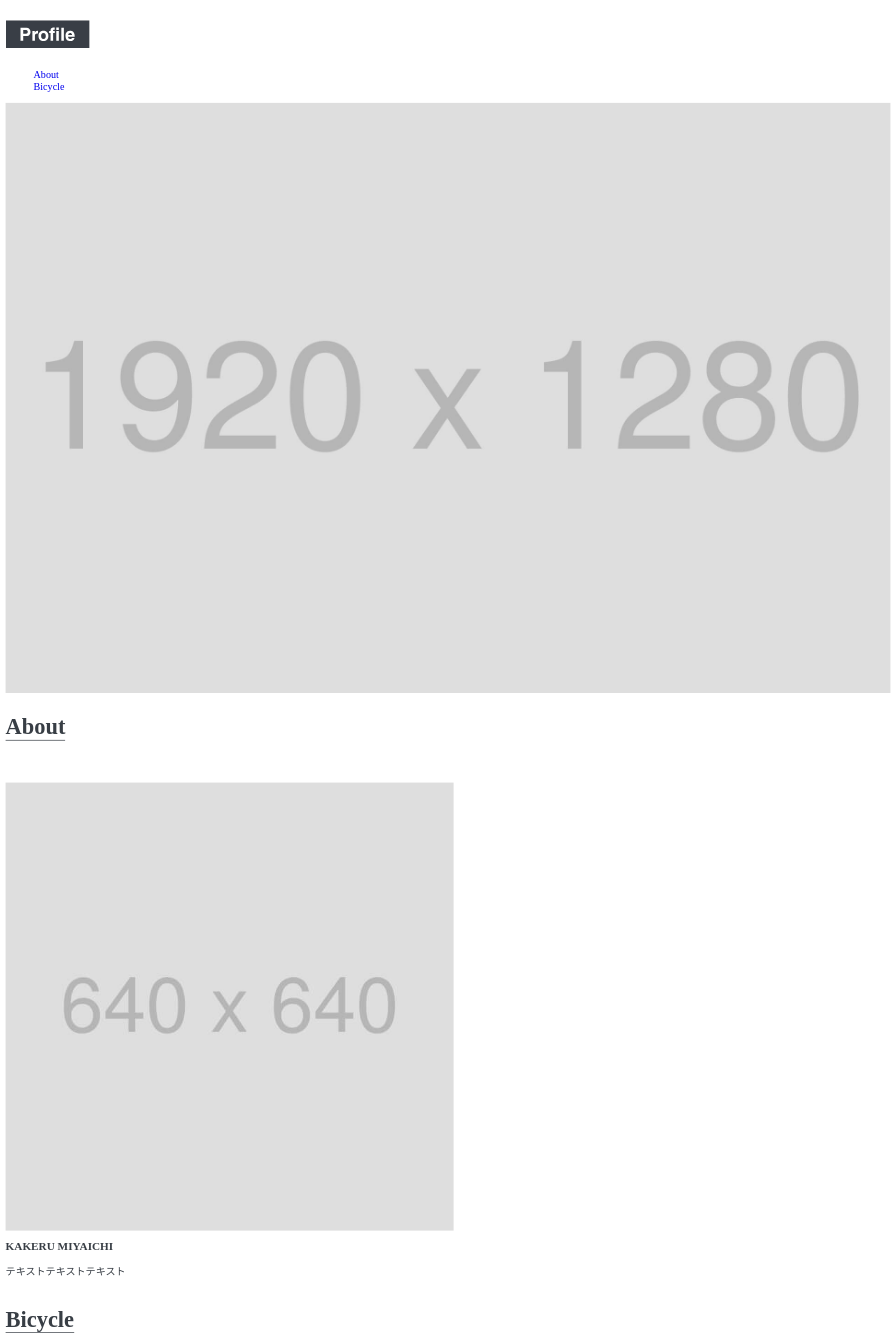
Repository: Fuki-san/bicycle
Page: http://localhost/bicycle
These files come from the project's save history. The page is drawn as it stood at one moment and after a run of saves; the edit follows.
The browser window is 1280 px wide. The pictures show the part of the page from y = 0 to 1920 px (the page is 3851 px tall before and 4108 px after), at 70% of full size.
The page is served by the project's Laravel application, run on PHP 8.4 with Laravel 10.

Above is the page before, as saved 2023-11-16 15:03:44.

After the next 4 saves:
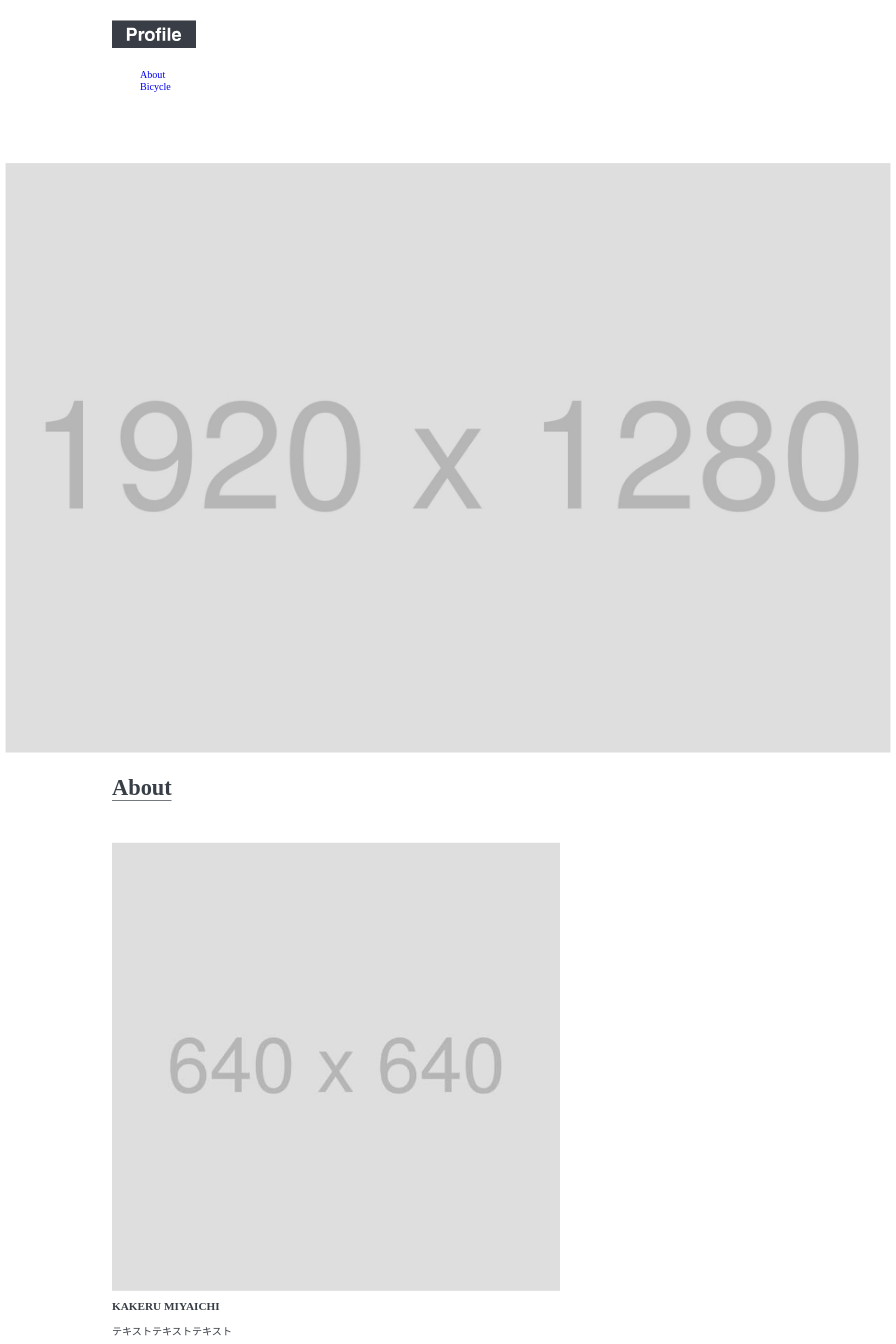
The 4 saves are shown as one change because they came seconds apart.
The last was saved 13 s later.
--- a/public/css/style.css
+++ b/public/css/style.css
@@ -46,5 +46,6 @@ li{
 
 .wrapper{
     max-width: 960px;
-    margin: ;
+    margin: 0 auto 100px auto;
+    padding: ;
 }
